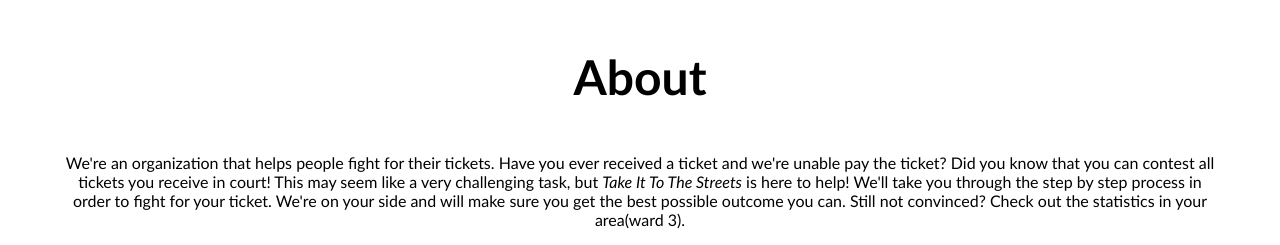
Repository: rdass1/COM421-FinalProject
Page: Website/index.html
These files come from the project's save history. The page is drawn as it stood at one moment and after the next save; the edit follows.
The browser window is 1280 px wide. The pictures show the part of the page from y = 501 to 1043 px (the page is 746 px tall before and 1043 px after).

Above is the page before, as saved 2021-05-12 01:41:35.
Console error: TypeError: Cannot read properties of undefined (reading 'style')

After the next save:
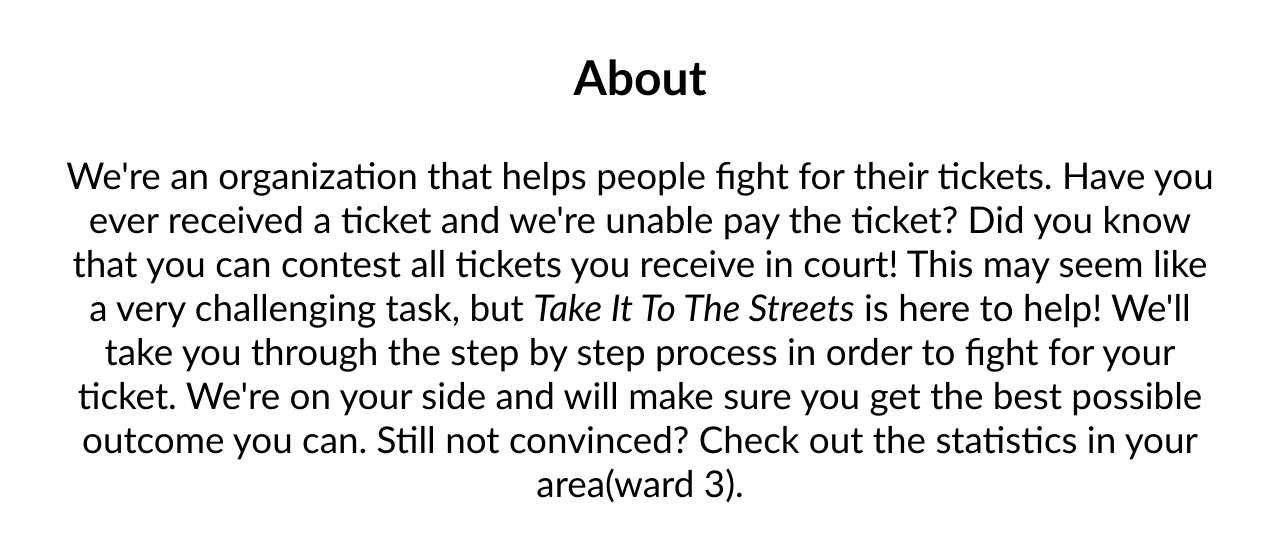
Saved 4 s later.
--- a/Website/css/index.css
+++ b/Website/css/index.css
@@ -122,5 +122,5 @@
     text-align: center;
     margin-left:60px;
     margin-right:60px;
-    font-size: ;
+    font-size: 2.3rem;
 }
